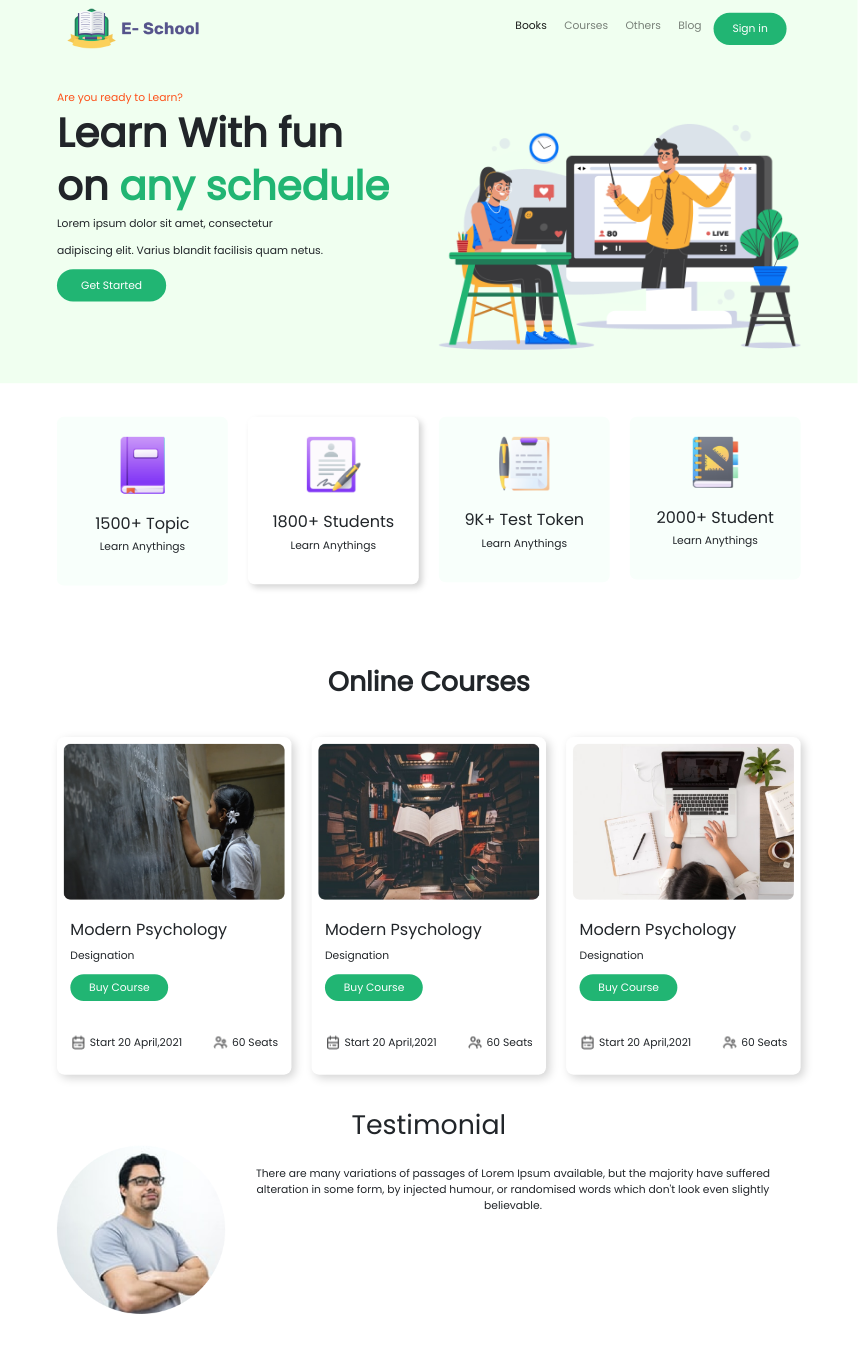
Repository: mohsinfarabi/e-school
Page: index.html
The author's editor kept a copy of each file at every save. The page is drawn from the files as they stood at one save, then again after the next save.
The browser window is 1280 px wide. The pictures show the whole page, at 67% of full size.

Above is the page before, as saved 2020-07-08 21:41:11.

### index.html
<!DOCTYPE html>
<html lang="en">

<head>
    <meta charset="UTF-8">
    <meta name="viewport" content="width=device-width, initial-scale=1.0">
    <link rel="stylesheet" href="css/bootstrap/css/bootstrap.min.css">
    <link rel="stylesheet" href="style.css">
    <link href="https://fonts.googleapis.com/css2?family=Poppins" rel="stylesheet">
    <title>E-School</title>
</head>

<body>
    <section class="top-part">
        <div class="container">
            <nav class="navbar navbar-expand-lg navbar-light bg-transparent">
                <a class="navbar-brand" href="#"><img src="images/icon/Logo.png " alt=" "></a>
                </a>
                <button class="navbar-toggler" type="button" data-toggle="collapse" data-target="#navbarNav" aria-controls="navbarNav" aria-expanded="false" aria-label="Toggle navigation">
                  <span class="navbar-toggler-icon"></span>
                </button>

                <div class="collapse navbar-collapse" id="navbarNav">
                    <ul class="navbar-nav ml-auto">
                        <li class="nav-item active ">
                            <a class="nav-link " href="#books ">Books</a>
                        </li>
                        <li class="nav-item ">
                            <a class="nav-link " href="#courses ">Courses</a>
                        </li>
                        <li class="nav-item ">
                            <a class="nav-link " href="#others ">Others</a>
                        </li>
                        <li class="nav-item ">
                            <a class="nav-link " href="#blog ">Blog</a>
                        </li>
                        <li class="nav-item ">
                            <button class="sign-in">Sign in</button>
                        </li>

                    </ul>
                </div>

            </nav>
        </div>
        <div class="container">
            <div class="row top">
                <div class="col-md-6">

                    <h5>Are you ready to Learn?</h5>
                    <h1>Learn With fun </h1>
                    <h1>on <span class="highlight"> any schedule</span></h1>

                    <p>Lorem ipsum dolor sit amet, consectetur </p>
                    <p>adipiscing elit. Varius blandit facilisis quam netus.</p>

                    <button class="get-started">Get Started</button>

                </div>
                <div class="col-md-6 d-flex justify-content-center">

                    <img src="images/Photos/Illustration.png" alt="" class="img-fluid">
                </div>
            </div>
        </div>
    </section>

    <div class="container">
        <div class="row">
            <div class="col-md-3">
                <div class="cat1 d-flex flex-column justify-content-center align-items-center">

                    <img src="images/icon/book.png" alt="">

                    <h4>1500+ Topic</h4>
                    <p>Learn Anythings</p>
                </div>
            </div>
            <div class="col-md-3">
                <div class="cat2 d-flex flex-column justify-content-center align-items-center">

                    <img src="images/icon/Student.png" alt="">

                    <h4>1800+ Students</h4>
                    <p>Learn Anythings</p>
                </div>
            </div>
            <div class="col-md-3">
                <div class="cat3 d-flex flex-column justify-content-center align-items-center">

                    <img src="images/icon/Test.png" alt="">

                    <h4>9K+ Test Token</h4>
                    <p>Learn Anythings</p>
                </div>
            </div>
            <div class="col-md-3">
                <div class="cat4 d-flex flex-column justify-content-center align-items-center">

                    <img src="images/icon/Students.png" alt="">

                    <h4>2000+ Student</h4>
                    <p>Learn Anythings</p>

                </div>
            </div>
        </div>
    </div>

    <div class="container course">
        <h1>Online Courses</h1>
        <div class="card-deck">
            <div class="card">
                <img src="images/Photos/Morder pyschology.png" class="card-img-top" alt="...">
                <div class="card-body">
                    <h4 class="card-title">Modern Psychology</h4>
                    <p class="card-text">Designation</p>
                    <button class="buy-course">Buy Course</button>
                    <div class="card-bottom d-flex justify-content-between align-self-center">
                        <div class="d-flex justify-content-between">
                            <img src="images/icon/calendar.png" alt="">
                            <p>Start 20 April,2021</p>
                        </div>
                        <div class="d-flex justify-content-between">
                            <img src="images/icon/people.png" alt="">
                            <p>60 Seats</p>
                        </div>

                    </div>
                </div>

            </div>
            <div class="card">
                <img src="images/Photos/Morder psyc.png" class="card-img-top" alt="...">
                <div class="card-body">
                    <h4 class="card-title">Modern Psychology</h4>
                    <p class="card-text">Designation</p>
                    <button class="buy-course">Buy Course</button>
                    <div class="card-bottom d-flex justify-content-between align-self-center">
                        <div class="d-flex justify-content-between">
                            <img src="images/icon/calendar.png" alt="">
                            <p>Start 20 April,2021</p>
                        </div>
                        <div class="d-flex justify-content-between">
                            <img src="images/icon/people.png" alt="">
                            <p>60 Seats</p>
                        </div>

                    </div>
                </div>
            </div>
            <div class="card">
                <img src="images/Photos/Morder pychons.png" class="card-img-top" alt="...">
                <div class="card-body">
                    <h4 class="card-title">Modern Psychology</h4>
                    <p class="card-text">Designation</p>
                    <button class="buy-course">Buy Course</button>
                    <div class="card-bottom d-flex justify-content-between align-self-center">
                        <div class="d-flex justify-content-between">
                            <img src="images/icon/calendar.png" alt="">
                            <p>Start 20 April,2021</p>
                        </div>
                        <div class="d-flex justify-content-between">
                            <img src="images/icon/people.png" alt="">
                            <p>60 Seats</p>
                        </div>
                    </div>
                </div>
            </div>
        </div>
    </div>

    <div class="container testimonial">
        <h1>Testimonial</h1>
        <div class="testimonial-content d-flex justify-content-center">
            <div>
                <img class="img-fluid w-70" src="images/Photos/Man.png" alt="">
            </div>
            <div class="testimonial-text">
                <p>There are many variations of passages of Lorem Ipsum available, but the majority have suffered alteration in some form, by injected humour, or randomised words which don't look even slightly believable.</p>
            </div>


        </div>
    </div>












    <script src="https://code.jquery.com/jquery-3.5.1.slim.min.js " integrity="sha384-DfXdz2htPH0lsSSs5nCTpuj/zy4C+OGpamoFVy38MVBnE+IbbVYUew+OrCXaRkfj " crossorigin="anonymous "></script>
    <script src="https://cdn.jsdelivr.net/npm/popper.js@1.16.0/dist/umd/popper.min.js " integrity="sha384-Q6E9RHvbIyZFJoft+2mJbHaEWldlvI9IOYy5n3zV9zzTtmI3UksdQRVvoxMfooAo " crossorigin="anonymous "></script>
    <script src="https://stackpath.bootstrapcdn.com/bootstrap/4.5.0/js/bootstrap.min.js " integrity="sha384-OgVRvuATP1z7JjHLkuOU7Xw704+h835Lr+6QL9UvYjZE3Ipu6Tp75j7Bh/kR0JKI " crossorigin="anonymous "></script>
</body>

</html>

### style.css
    body {
        font-family: 'Poppins', sans-serif;
    }

    .container {
        margin-bottom: 50px;
    }

    .top-part {
        background-color: #F0FFF0;
    }

    .bg-light {
        background-color: #F0FFF0;
    }

    .navbar img {
        width: 198.07px;
        height: 59px;
    }

    .nav-item {
        padding: 5px;
        color: black;
    }

    .sign-in {
        padding: 12px 28px;
        border: none;
        background: #21B573;
        border-radius: 33px;
        color: white;
    }

    .top {
        padding-bottom: 50px;
    }

    .top h5 {
        font-size: medium;
        color: #FD511A;
    }

    .top h1 {
        font-weight: 900;
        font-size: 60px;
    }

    .top img {
        margin-top: 50px;
    }

    .highlight {
        color: #21B573;
    }

    .get-started {
        padding: 12px 36px;
        border: none;
        background: #21B573;
        border-radius: 33px;
        color: white;
    }

    .cat1,
    .cat2,
    .cat3,
    .cat4 {
        padding: 30px;
        border-radius: 10px;
        border: none;
        margin-bottom: 20px;
    }

    .cat2 {
        box-shadow: 5px 5px 10px lightgray;
    }

    .cat1,
    .cat3,
    .cat4 {
        background-color: #F8FFFB;
    }

    .cat1 img {
        width: 66px;
        height: 85px;
        margin-bottom: 30px;
    }

    .cat2 img {
        width: 80px;
        height: 83px;
        margin-bottom: 30px;
    }

    .cat3 img {
        width: 75px;
        height: 80px;
        margin-bottom: 30px;
    }

    .cat4 img {
        width: 68px;
        height: 76px;
        margin-bottom: 30px;
    }

    .cat h4 {
        font-weight: 700;
    }

    .course h1 {
        text-align: center;
        font-weight: 900;
        padding: 50px 0px;
    }

    .card img {
        border-radius: 11px;
        padding: 10px;
    }

    .card {
        border: none;
        border-radius: 11px;
        box-shadow: 5px 5px 15px lightgray;
    }

    .card-footer {
        background-color: white;
        border-top: none;
        border-radius: 10px;
    }

    .buy-course {
        border: none;
        background: #21B573;
        border-radius: 33px;
        color: white;
        margin-bottom: 20px;
        padding: 8px 28px;
    }

    .card-bottom {
        margin-top: 30px;
    }

    .card-bottom img {
        height: 24px;
        width: 24px;
        padding: 0;
        margin-right: 5px;
    }

    .testimonial {
        text-align: center;
    }

    .testimonial-content img {
        height: auto;
    }

    .testimonial-text {
        padding: 30px;
    }

Loaded but not shown: css/bootstrap/css/bootstrap.min.css (library)

After the next save:
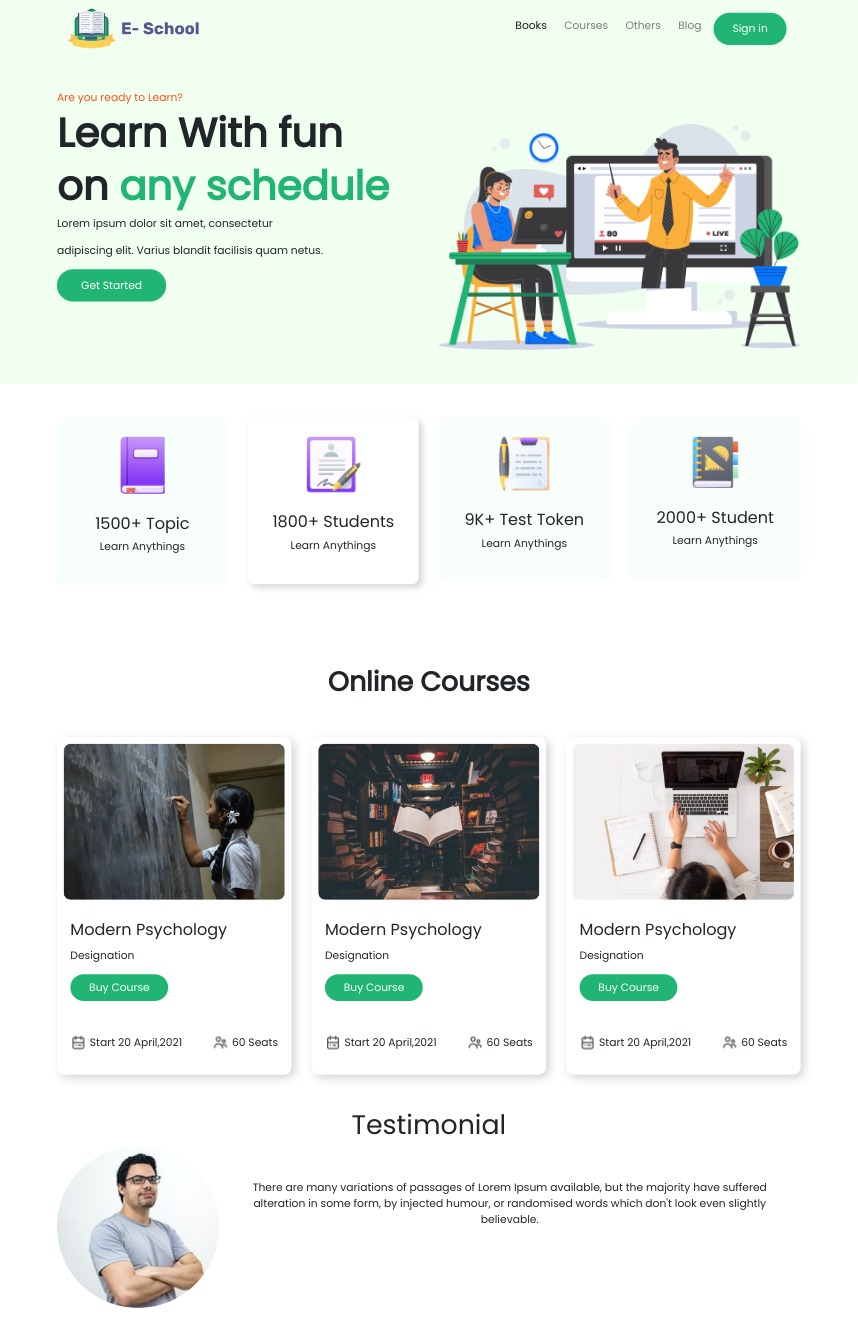
Saved 7 s later.
--- a/style.css
+++ b/style.css
@@ -162,5 +162,5 @@
     }
 
     .testimonial-text {
-        padding: 30px;
+        padding: 50px;
     }
